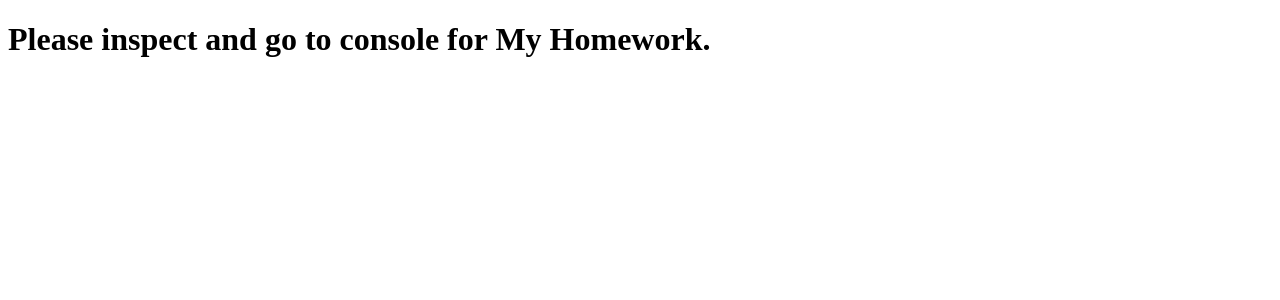
Repository: brightwhitesnow/brightwhitesnow.github.io
Page: Weba/lesson2/homeworkfiles/index.html
An editor plug-in stored every save of this project. The page is shown before and after the next save, followed by the edit.
The browser window is 1280 px wide. The pictures show the whole page.

Above is the page before, as saved 2021-04-18 10:16:44.
Console error: TypeError: Cannot set properties of null (setting 'innerHTML')

After the next save:
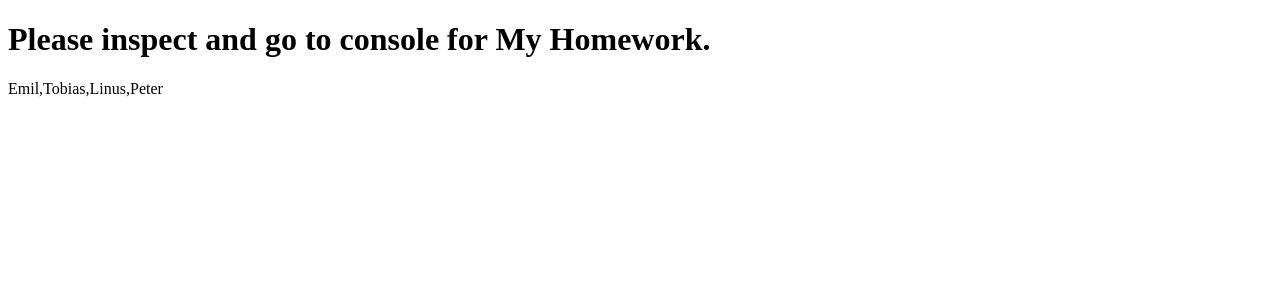
The error is gone.
Saved 21 s later.
--- a/Weba/lesson2/homeworkfiles/index.html
+++ b/Weba/lesson2/homeworkfiles/index.html
@@ -10,7 +10,7 @@
 
 <h1>Please inspect and go to console for My Homework.</h1>
 
-<p id=""></p>
+<p id="demo"></p>
 
 <script src="./script.js"></script>
 </body>
